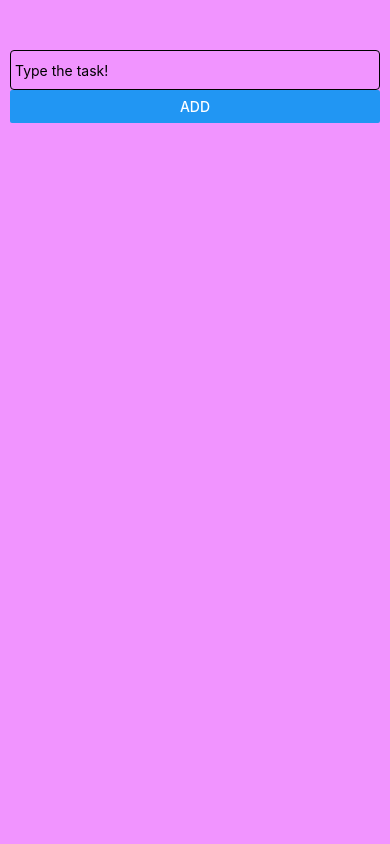
Repository: md-ateeq/ToDoApp
Screen: /
These files come from the project's save history. The screen is drawn as it stood at one moment and after the next save; the edit follows.
The app was drawn by React Native's web renderer in a window 390 px wide. The project was rebuilt for these pictures with package versions that can differ from the ones it lists, and the page was loaded fresh each time.

Above is the screen before, as saved 2019-09-20 18:25:27.

### App.js
/**
 * Sample React Native App
 * https://github.com/facebook/react-native
 *
 * @format
 * @flow
 */

import React, {Component} from 'react';
import {
  StyleSheet,
  View,
  Text,
  Button,
  TextInput,
} from 'react-native';

export default class createTaskList extends Component {
  constructor(props) {
    super(props);
    this.state = {text: ''};
  }

  addTask(){
    return (
      <Text>{his.state.text}</Text>
    );
  }

  render() {
    return (
      <View style={{padding: 10, backgroundColor: '#f194ff', flex: 1}}>
        <TextInput
          style={{height: 40, marginTop: 40, borderWidth: 1, borderRadius: 4, padding: 4}}
          placeholder="Type the task!"
          onChangeText={(text) => this.setState({text})}
          value={this.state.text}
        />
        <Button
          title="Add"
          style={styles.button}
          onPress={() => { this.addTask() }}
        />
      </View>
    );
  }
}


const styles = StyleSheet.create({
  button: {
    color: '#f194ff',
    borderColor: '#f194ff',
    borderWidth: 1,
    borderRadius: 2
  }
});

After the next save:
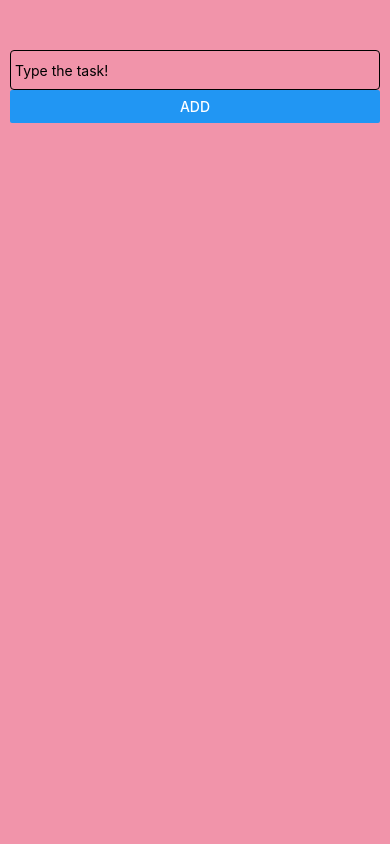
Saved 14 s later.
--- a/App.js
+++ b/App.js
@@ -29,7 +29,7 @@ export default class createTaskList extends Component {
 
   render() {
     return (
-      <View style={{padding: 10, backgroundColor: '#f194ff', flex: 1}}>
+      <View style={{padding: 10, backgroundColor: '#f194aa', flex: 1}}>
         <TextInput
           style={{height: 40, marginTop: 40, borderWidth: 1, borderRadius: 4, padding: 4}}
           placeholder="Type the task!"
